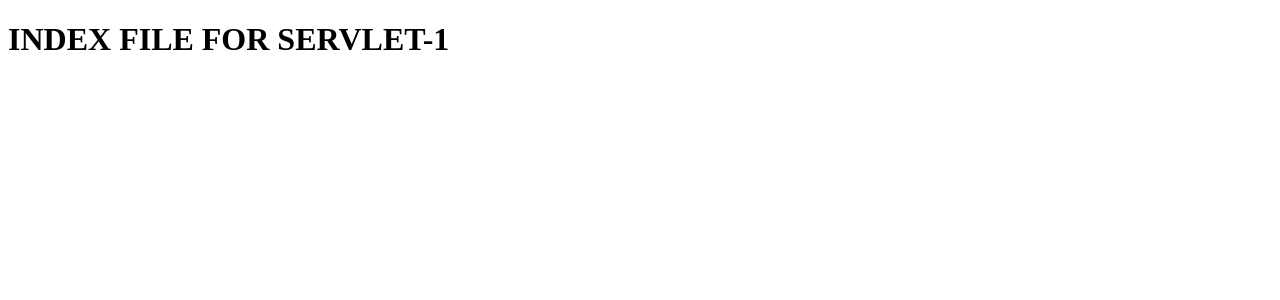
Repository: nin19/advance_java
Page: servlet/Servlet-1/src/main/webapp/Index.html
These files come from the project's save history. The page is drawn as it stood at one moment and after the next save; the edit follows.
The browser window is 1280 px wide. The pictures show the whole page.

Above is the page before, as saved 2024-10-15 15:04:14.

### servlet/Servlet-1/src/main/webapp/Index.html
<!DOCTYPE html>
<html>

<body>
	<h1>INDEX FILE FOR SERVLET-1</h1>
</body>
</html>

After the next save:
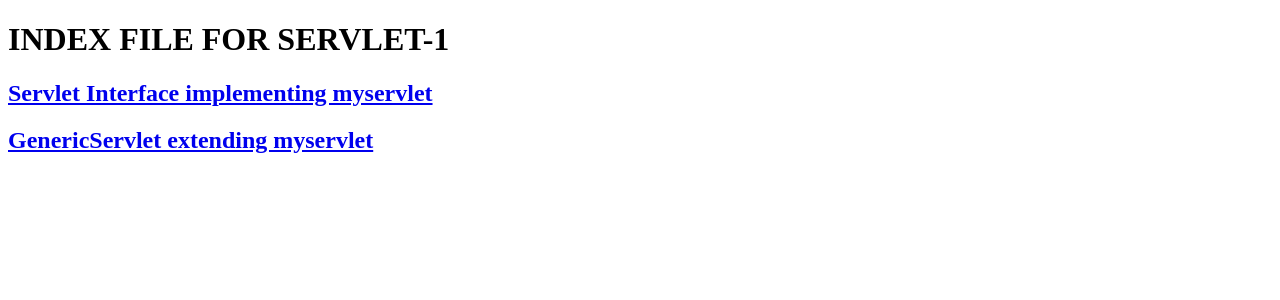
Saved 6 min 0 s later.
--- a/servlet/Servlet-1/src/main/webapp/Index.html
+++ b/servlet/Servlet-1/src/main/webapp/Index.html
@@ -3,5 +3,7 @@
 
 <body>
 	<h1>INDEX FILE FOR SERVLET-1</h1>
+	<h2><a href="web">Servlet Interface implementing myservlet</a></h2>
+	<h2><a href="generic">GenericServlet extending myservlet</a></h2>
 </body>
 </html>
